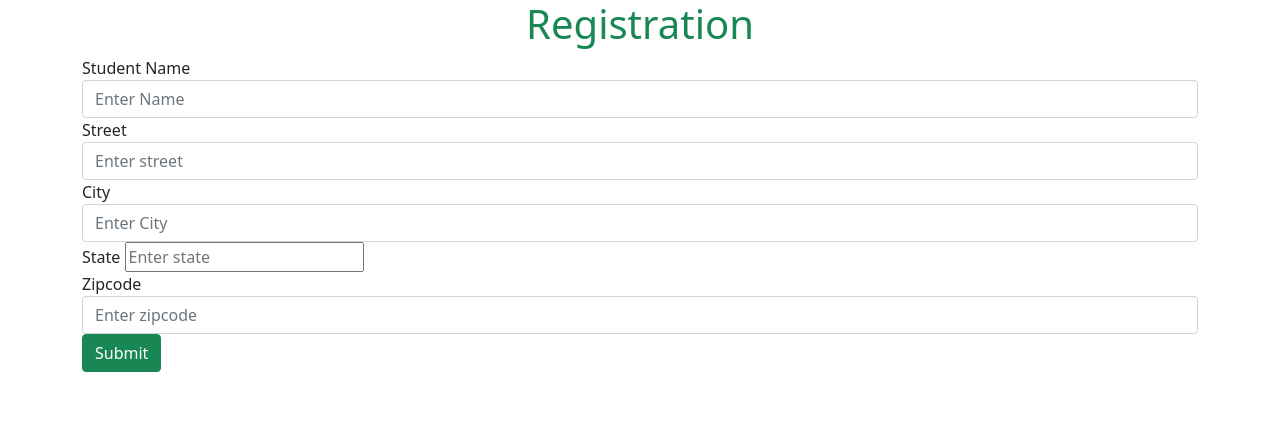
Repository: Laxman877/PracticeJava
Page: http://localhost/HibernateAssingment_004/
These files come from the project's save history. The page is drawn as it stood at one moment and after the next save; the edit follows.
The browser window is 1280 px wide. The pictures show the whole page.
The page is served by Tomcat 9. Other server files are loaded and not shown.

Above is the page before, as saved 2022-07-23 05:26:05.

### HibernateAssingment_004/src/main/webapp/index.jsp
<%@ page language="java" contentType="text/html; charset=UTF-8"
	pageEncoding="UTF-8"%>
<%@taglib uri="http://java.sun.com/jsp/jstl/core" prefix="c"%>
<%@page isELIgnored="false"%>
<!DOCTYPE html>
<html>
<head>
<meta charset="UTF-8">
<title>Insert title here</title>
<link
	href="https://cdn.jsdelivr.net/npm/bootstrap@5.1.3/dist/css/bootstrap.min.css"
	rel="stylesheet"
	integrity="sha384-1BmE4kWBq78iYhFldvKuhfTAU6auU8tT94WrHftjDbrCEXSU1oBoqyl2QvZ6jIW3"
	crossorigin="anonymous">
<script
	src="https://cdn.jsdelivr.net/npm/bootstrap@5.1.3/dist/js/bootstrap.bundle.min.js"
	integrity="sha384-ka7Sk0Gln4gmtz2MlQnikT1wXgYsOg+OMhuP+IlRH9sENBO0LRn5q+8nbTov4+1p"
	crossorigin="anonymous"></script>
</head>
<body>
	<div class="container">
		<div class="row">
			<div class="col md-4 m-auto">
				<h1 class="text-success" align="center">Registration</h1>
				<form action="reg">
					<div class="form-group">
						<label>Student Name</label> <input type="text" name="std_name"
							placeholder="Enter Name" class="form-control">
					</div>
					<div class="form-group">
						<label>Street</label> <input type="text" name="street"
							placeholder="Enter street" class="form-control">
					</div>
					<div class="form-group">
						<label>City</label> <input type="text" name="city"
							placeholder="Enter City" class="form-control">
					</div>
					<div class="form-group">
						<label>State</label> <input type="text" name="state"
							placeholder="Enter state" class="form-contro">
					</div>
					<div class="form-group">
						<label>Zipcode</label> <input type="text" name="zipcode"
							placeholder="Enter zipcode" class="form-control">
					</div>
					<input type="submit" class="btn btn-success">
				</form>
			</div>
		</div>
	</div>
</body>
</html>

After the next save:
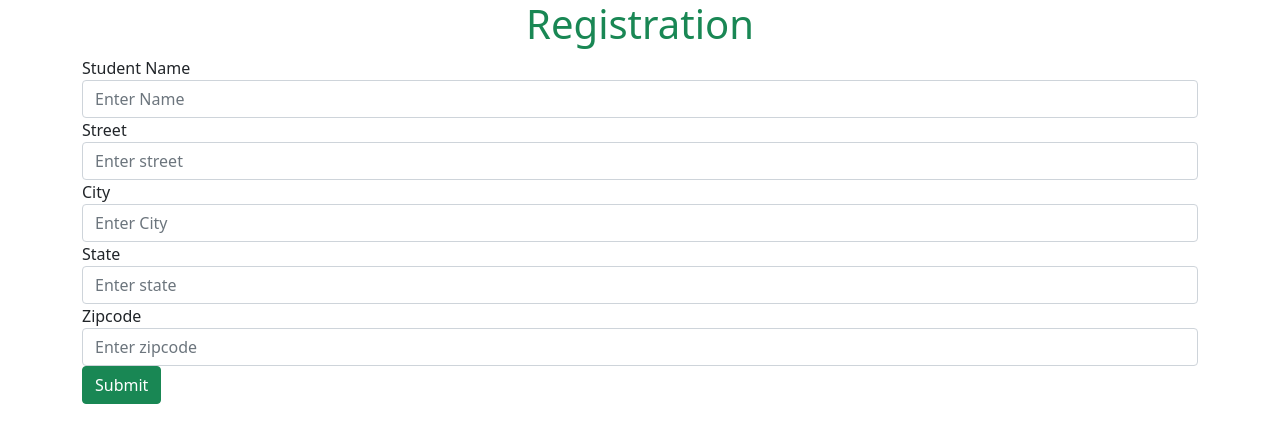
Saved 87 s later.
--- a/HibernateAssingment_004/src/main/webapp/index.jsp
+++ b/HibernateAssingment_004/src/main/webapp/index.jsp
@@ -37,7 +37,7 @@
 					</div>
 					<div class="form-group">
 						<label>State</label> <input type="text" name="state"
-							placeholder="Enter state" class="form-contro">
+							placeholder="Enter state" class="form-control">
 					</div>
 					<div class="form-group">
 						<label>Zipcode</label> <input type="text" name="zipcode"
